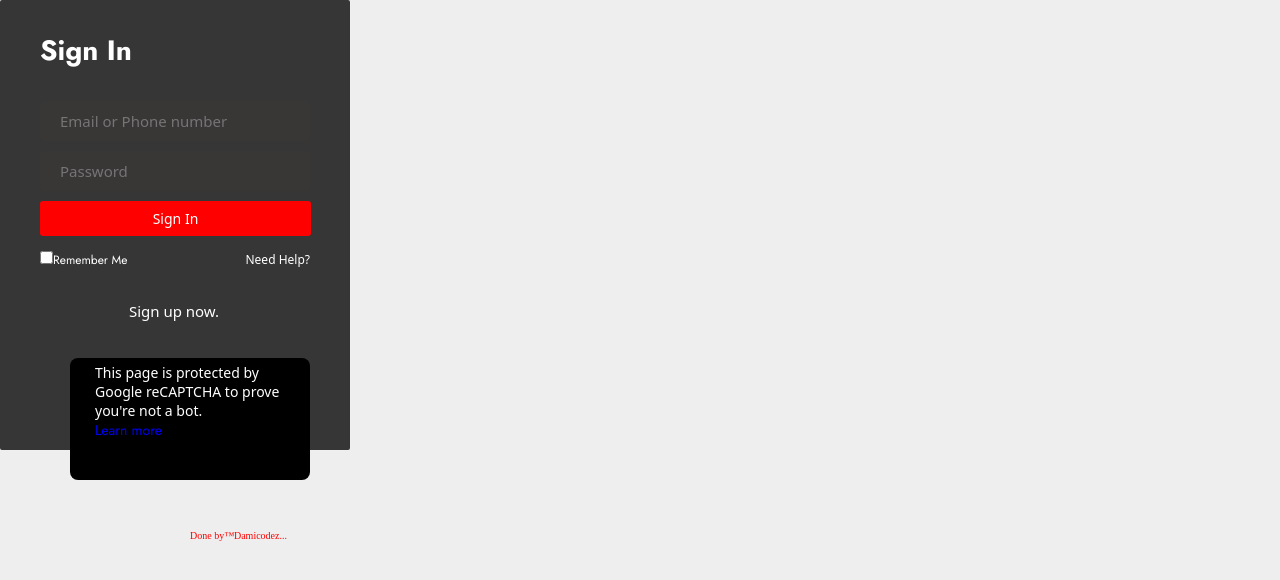
Repository: isaacCodes1/Kumo-Website.
Page: Form2.html
An editor plug-in stored every save of this project. The page is shown before and after the next save, followed by the edit.
The browser window is 1280 px wide. The pictures show the whole page.

Above is the page before, as saved 2024-03-26 11:45:44.

### Form2.html
<!DOCTYPE html>
<html lang="en">
  <head>
    <meta charset="UTF-8" />
    <meta name="viewport" content="width=device-width, initial-scale=1.0" />
    <link rel="stylesheet" href="Mediaquery.css" />
    <link rel="stylesheet" href="style.css" />
    <link
      href="https://fonts.googleapis.com/css2?family=Bricolage+Grotesque:opsz,wght@12..96,200..800&family=Jost:ital,wght@0,100..900;1,100..900&family=Montserrat:ital,wght@0,100..900;1,100..900&family=Poppins:ital,wght@0,100;0,200;0,300;0,400;0,500;0,600;0,700;0,800;0,900;1,100;1,200;1,300;1,400;1,500;1,600;1,700;1,800;1,900&display=swap"
      rel="stylesheet"
    />
    <title>Document</title>
  </head>
  <body>
    <div class="wrapper">
      <form></form>
      <h1>Sign In</h1>
      <div class="input-box">
        <input type="text" placeholder="Email or Phone number" required />
      </div>
      <div class="input-box">
        <input type="password" placeholder="Password" required />
      </div>
      <div class="btn"><button>Sign In</button></div>
      <div class="remember-forgot">
        <label><input class="chck" type="checkbox" />Remember Me</label>
        <a href="#">Need Help?</a>
      </div>
      <p class="pro1">Sign up now.</p>
      <p class="pro2">
        This page is protected by Google reCAPTCHA to prove you're not a bot.
        <a href="#">Learn more</a>
      </p>
      <p class="pro3">Done by&#153;Damicodez...</p>
    </div>
  </body>
</html>

### Mediaquery.css
@media (890px) {
  header {
    padding: 20px 3%;
    transition: 0.4s;
  }
  .center-text h2 {
    font-size: 12px;
  }
}
@media (max-width: 630px) {
  .main-text h1 {
    font-size: 50px;
    transition: 0.4s;
  }
  .main-text p {
    font-size: 18px;
    transition: 0.4s;
  }
  .main-btn {
    padding: 10px 20px;
    transition: 0.4s;
  }
  .center-text h2 {
    font-size: 12px;
  }
}
@media (max-width: 750px) {
  .navmenu {
    position: absolute;
    top: 100%;
    right: -100%;
    width: 300px;
    height: 130vh;
    background: #edfff1;
    display: flex;
    flex-direction: column;
    align-items: center;
    padding: 120px 30px;
    transition: all 0.42s;
  }
  .navmenu a {
    display: block;
    margin: 18px 0;
  }
  .navmenu.open {
    right: 0;
  }
  .center-text h2 {
    font-size: 12px;
  }
}
@media (max-width: 700px) {
  .center-text h2 {
    font-size: 0;
  }
  .header {
    margin-bottom: 20px;
    color: #000;
  }
  .cart {
    align-items: center;
    display: flex;
    flex-direction: column;
  }
  .cart img {
    width: 270px;
    margin-right: 80px;
  }
  .cart p {
    font-size: 10px;
    margin-right: 80px;
  }
  .cart h4 {
    font-size: 12px;
    margin-right: 80px;
  }
  .cart h6 {
    font-size: 10px;
    margin-right: 80px;
  }
  .contact-info {
    display: flex;
    flex-direction: column;
    align-items: center;
  }
  .center-text1 h2 {
    font-size: 25px;
  }
  .navmenu {
    padding-bottom: 30px;
  }
}

### style.css
* {
  margin: 0;
  padding: 0;
  box-sizing: border-box;
  scroll-behavior: smooth;
  font-family: "Jost", sans-serif;
  list-style-type: none;
  text-decoration: none;
}
header {
  position: fixed;
  width: 100%;
  top: 0;
  right: 0;
  z-index: 1000;
  display: flex;
  align-items: center;
  justify-content: space-between;
  padding: 20px 10%;
}
.logo img {
  max-width: 120px;
  height: auto;
}
.navmenu {
  display: flex;
}
.navmenu li :hover {
  background: #000;
}
.navmenu a {
  color: #2c2c2c;
  font-size: 16px;
  text-transform: capitalize;
  padding: 10px 20px;
  font-weight: 400;
  transition: all 0.42s ease;
}
.navmenu a:hover {
  color: #ee1c47;
}
.nav-icon {
  display: flex;
  align-items: center;
}
.nav-icon i {
  margin-right: 20px;
  color: #2c2c2c;
  font-size: 25px;
  font-weight: 400;
  transition: all 0.42s ease;
}
.nav-icon i:hover {
  transform: scale(1.05);
  color: #ee1c47;
}
#menu-icon {
  font-size: 35px;
  color: #2c2c2c;
  z-index: 10001;
  cursor: pointer;
}
section {
  padding: 5% 10%;
}
.main-home {
  width: 100%;
  height: 100vh;
  background-image: url(Assets/banner-3.png);
  background-position: center;
  background-size: cover;
  display: grid;
  grid-template-columns: repeat(1, 1fr);
  align-items: center;
}
.main-text h5 {
  color: #ee1c47;
  font-size: 16px;

  text-transform: capitalize;
  font-weight: 500;
}
.main-text h1 {
  color: #000;
  font-size: 65px;
  text-transform: capitalize;
  line-height: 1.1;
  font-weight: 600;
  margin: 6px 0 10px;
}
.main-text p {
  color: #333c56;
  font-size: 20px;
  font-style: italic;
  margin-bottom: 20px;
}
.main-btn {
  display: inline-block;
  color: #111;
  font-size: 16px;
  font-weight: 500;
  text-transform: capitalize;
  border: 2px solid#111;
  padding: 12px 25px;
  transition: all 0.42s ease;
}
.main-btn:hover {
  background: #000;
  color: #fff;
}
.main-btn i {
  vertical-align: middle;
}
.down-arrow {
  position: absolute;
  top: 85%;
  right: 11%;
}
.down i {
  font-size: 30px;
  color: #2c2c2c;
  border: 2px solid #2c2c2c;
  border-radius: 50px;
  padding: 12px 12px;
}
.down i:hover {
  background: #2c2c2c;
  color: #fff;
  transition: all 0.42s ease;
}
header.sticky {
  background: #fff;
  padding: 20px 10%;
  box-shadow: 0px 0px 10px rgb(0 0 0 /10%);
}
/* trending-section-css */
.center-text h2 {
  color: #111;
  font-size: 28px;
  text-transform: capitalize;
  text-align: center;
  margin-bottom: 30px;
}
.center-text span {
  color: #ee1c47;
}
.products {
  display: grid;
  grid-template-columns: repeat(auto-fit, minmax(260px, auto));
  gap: 2rem;
}
.row {
  position: relative;
  transition: all 0.4s;
}
.row img {
  width: 100%;
  height: auto;
  transition: all 0.4s;
}
.row img:hover {
  transform: scale(0.9);
}
.product-text h5 {
  position: absolute;
  top: 13px;
  left: 13px;
  color: #fff;
  font-size: 12px;
  font-weight: 500;
  text-transform: capitalize;
  background: #27b737;
  padding: 3px 10px;
  border-radius: 2px;
}
.heart-icon {
  position: absolute;
  right: 0;
  font-size: 20px;
}
.heart-icon:hover {
  color: #ee1c47;
}
.ratting {
  color: #ff8c00;
  font-size: 18px;
}

.price h4 {
  color: #111;
  font-size: 16px;
  text-transform: capitalize;
  font-weight: 400;
}
.price p {
  color: #151515;
  font-size: 14px;
  font-weight: 600;
}
.client-reviews {
  background: #f3f4f6;
}
.reviews {
  text-align: center;
}
.reviews h3 {
  color: #111;
  font-size: 25px;
  text-transform: capitalize;
  text-align: center;
  font-weight: 700;
}
.reviews img {
  width: 100px;
  height: auto;
  border-radius: 80px;
  margin: 10px 0;
}
.reviews p {
  color: #707070;
  font-size: 16px;
  font-weight: 400;
  line-height: 25px;
  margin-bottom: 10px;
}
.reviews h2 {
  font-size: 22px;
  color: #000;
  font-weight: 400;
  text-transform: capitalize;
  margin-bottom: 2px;
}
/* update-section-css */
.up-center-text h2 {
  text-align: center;
  color: #111;
  font-size: 25px;
  text-transform: capitalize;
  font-weight: 700;
  margin-bottom: 30px;
}
.cart img {
  width: 350px;
  height: auto;
  border-radius: 5px;
}
.update-cart {
  display: grid;
  grid-template-columns: repeat(auto-fit, minmax(380px, auto));
  gap: 1px;
}
.cart h5 {
  color: #636872;
  font-size: 14px;
  text-transform: capitalize;
  font-weight: 500;
}
.cart h4 {
  color: #111;
  font-size: 18px;
  font-weight: 600;
}
.cart p {
  color: #707070;
  font-size: 15px;
  max-width: 380px;
  line-height: 25px;
  margin-bottom: 12px;
}
.cart h6 {
  color: #151515;
  font-size: 14px;
  font-weight: 500;
}
/* contact-section */
.contact {
  background: #dbdbdb;
}
.contact-info {
  display: grid;
  grid-template-columns: repeat(auto-fit, minmax(160px, auto));
  gap: 3rem;
}
.first-info img {
  width: 140px;
  height: auto;
}
.contact-info h4 {
  color: #212529;
  font-size: 14px;
  text-transform: uppercase;
  margin-bottom: 10px;
}
.contact-info p {
  color: #565656;
  font-size: 14px;
  font-weight: 400;
  text-transform: capitalize;
  line-height: 1.5;
  margin-bottom: 10px;
  cursor: pointer;
  transition: all 0.42s;
}
.contact-info p:hover {
  color: #ee1c47;
}
.social-icon i {
  color: #565656;
  margin-right: 10px;
  font-size: 20px;
  transition: all 0.42s;
}
.social-icon i:hover {
  transform: scale(1.3);
}
.end-text {
  text-align: center;
  background: #edfff1;
  padding: 20px;
}
.end-text p {
  color: #111;
  text-transform: capitalize;
}

.location {
  width: 80%;
  margin: auto;
  padding: 80px 0;
}
.location iframe {
  width: 100%;
}
.center-text1 h2 {
  font-size: 30px;
}
.center-text1 span {
  color: #ee1c47;
}
.button3 {
  padding: 9px;
  border: 1px solid blue;
  font-size: 18px;
  border-radius: 5px;
  text-decoration: none;
  background: blue;
  color: #fff;
  transition: all 0.42s ease;
}
.button3:hover {
  color: #000;
  background: #fff;
}
.final {
  margin-left: 67px;
  font-weight: 700;
}
.final span {
  color: #ee1c47;
}
.up-arrow {
  border: 2px solid#000;
  width: 60px;
  border-radius: 50px;
  text-align: center;
  font-size: 30px;
}
.up-arrow i {
  color: #000;
}
.up-arrow :hover {
  background: #000;
  color: #fff;
}

.alert {
  background: blue;
  color: #fff;
  margin-top: 200px;
  font-size: 20px;
  margin-bottom: 150px;
}
.first-info a {
  text-decoration: none;
}
.up-center-text span {
  color: #ee1c47;
}
html,
body {
  position: relative;
  height: 100%;
}
body {
  background: #eee;
  font-family: Helvetica Neue, Helvetica, Arial, sans-serif;
  font-size: 14px;
  color: #000;
  margin: 0;
  padding: 0;
}

swiper-container {
  width: 100%;
  height: 100%;
}

swiper-slide {
  text-align: center;
  font-size: 18px;
  background: #000;
  display: flex;
  justify-content: center;
  align-items: center;
}

swiper-slide img {
  display: block;
  width: 100%;
  height: 100%;
  object-fit: cover;
}
.reviews {
  font-size: 25px;
  font-weight: 900;
}
.reviews span {
  color: #ee1c47;
}
.accordion {
  margin-top: 40px;
  margin-bottom: 10px;
}
.male {
  padding-top: 200px;
}
.male span {
  color: #ee1c47;
}
.yes {
  margin-right: 10px;
  padding: 10px;
  background: #000;
  color: #fff;
  border: 1px;
  transition: 1s ease-in-out;
  border-radius: 7px;
  text-decoration: none;
}
.yes:hover {
  color: #000;
  background: #dbdbdb;
}
.formContainer {
  display: flex;
  width: 50%;
  border: 0px solid;
  border-radius: 10px;
  background-color: rgba(232, 231, 231, 0.644);
  height: 400px;
  padding-right: 200px;
}
.form {
  display: flex;
  flex-direction: column;
  align-items: center;
  flex: 0.5;
}
.contentText {
  display: flex;
  flex-direction: column;
  align-items: center;
  flex: 1;
  gap: 20px;
  background-color: #ee1c47;
  color: #000;
  border-radius: 130px 15px 15px 70px;
  font-family: montserrat;
  padding-left: 80px;
  padding-right: 150px;
  padding-top: 90px;
}
.pro1 {
  margin-right: 32px;
  font-family: montserrat;
}
p {
  font-family: montserrat;
  margin-bottom: 15px;
  margin-left: 30px;

  display: flex;
  flex-direction: column;
}
.proi {
  padding: 5px;
  background-color: #dedede;
  color: black;
  border: 1px;
  font-family: montserrat;
  margin-bottom: 8px;
  width: 290px;
  margin-left: 20px;
  outline: none;
}
.proh {
  padding: 5px;
  background-color: #dedede;
  color: black;
  border: 1px;
  font-family: montserrat;
  width: 290px;
  margin-left: 20px;
  margin-bottom: 10px;
  outline: none;
}
.pro7 {
  font-family: montserrat;
}
.pro2 {
  background: #000;
  border-width: 1.5px;
  border-radius: 8px;
  border-color: #000;
  color: #fff;
  padding: 5px 25px 5px 25px;
  transition: 1s ease-in-out;
  text-decoration: none;
}
.pro2:hover {
  transition: 0.15s;
  background-color: #dbdbdb;
  color: #000;
  cursor: pointer;
}

.pro3 {
  font-family: montserrat;
  padding-top: 35px;
}
.forget {
  text-decoration: none;
  color: black;
  font-family: montserrat;
  margin-bottom: 5px;
}
.sign {
  background-color: #ee1c47;
  border-width: 1px;
  border-radius: 5px;
  border-color: white;
  color: white;
  padding: 5px 35px 5px 35px;
  margin-top: 15px;
  transition: 1s ease-in-out;
  cursor: pointer;
}
.sign:hover {
  color: #fff;
  background-color: #000;
}
.contentText .hello {
  font-size: 40px;
  display: flex;
  align-items: center;
  justify-content: center;
  flex-direction: column;
}
.contentText p {
  text-align: center;
}
.wrapper {
  width: 350px;
  background: #080808cb;
  color: #fff;
  border-radius: 2px;
  padding: 30px 40px;
  height: 450px;
  box-shadow: 0 0 1px;
}

.wrapper .input-box {
  position: relative;
  width: 100%;
  height: 20px;
  margin: 30px 0;
}
.wrapper h1 {
  font-size: 28px;
}
.input-box input {
  width: 100%;
  height: 100%;
  background: #3c363685;
  border: none;
  outline: none;
  border: 1px;
  border-radius: 4px;
  font-size: 16px;
  padding: 20px 45px 20px 20px;
}
.wrapper .remember-forgot {
  display: flex;
  justify-content: space-between;
  font-size: 14.5px;
  margin: 15px 0 15px;
  font-family: system-ui, -apple-system, BlinkMacSystemFont, "Segoe UI", Roboto,
    Oxygen, Ubuntu, Cantarell, "Open Sans", "Helvetica Neue", sans-serif;
  font-size: 12px;
}
.wrapper .remember-forgot a {
  text-decoration: none;
  font-family: system-ui, -apple-system, BlinkMacSystemFont, "Segoe UI", Roboto,
    Oxygen, Ubuntu, Cantarell, "Open Sans", "Helvetica Neue", sans-serif;
  font-size: 12px;
  padding-bottom: 18px;
  color: #fff;
}
::placeholder {
  font-size: 15px;
  font-family: system-ui, -apple-system, BlinkMacSystemFont, "Segoe UI", Roboto,
    Oxygen, Ubuntu, Cantarell, "Open Sans", "Helvetica Neue", sans-serif;
}
button {
  padding: 8px;
  width: 271px;
  background-color: red;
  font-family: system-ui, -apple-system, BlinkMacSystemFont, "Segoe UI", Roboto,
    Oxygen, Ubuntu, Cantarell, "Open Sans", "Helvetica Neue", sans-serif;
  border: 1px;
  color: #fff;
  border-radius: 3px;
  font-size: 14px;
  cursor: pointer;
}
button:hover {
  color: black;
  background-color: #fff;
  transition: 1s ease-in-out;
}
.pro1 {
  font-family: system-ui, -apple-system, BlinkMacSystemFont, "Segoe UI", Roboto,
    Oxygen, Ubuntu, Cantarell, "Open Sans", "Helvetica Neue", sans-serif;
  font-size: 15px;
  text-align: center;
  padding-bottom: 22px;
}
.pro2 {
  font-family: system-ui, -apple-system, BlinkMacSystemFont, "Segoe UI", Roboto,
    Oxygen, Ubuntu, Cantarell, "Open Sans", "Helvetica Neue", sans-serif;
    padding-bottom: 40px;
}
.pro3{
  margin-left: 150px;
  font-family: cursive;
  font-size: 10px;
  color: red;
}

After the next save:
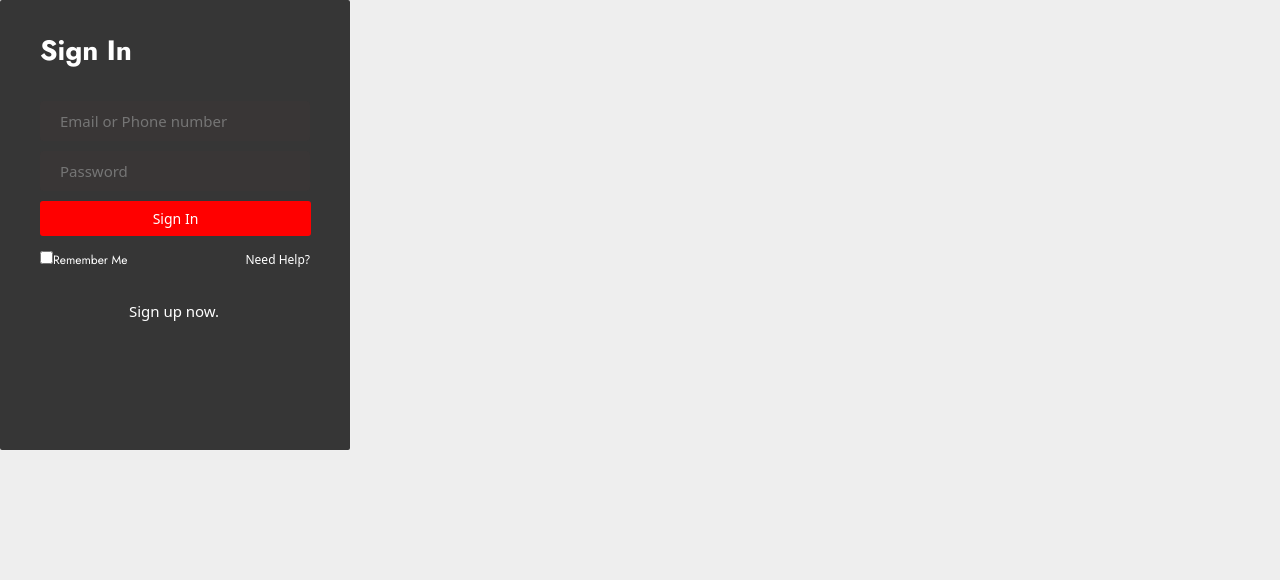
Saved 32 s later.
--- a/Form2.html
+++ b/Form2.html
@@ -27,11 +27,6 @@
         <a href="#">Need Help?</a>
       </div>
       <p class="pro1">Sign up now.</p>
-      <p class="pro2">
-        This page is protected by Google reCAPTCHA to prove you're not a bot.
-        <a href="#">Learn more</a>
-      </p>
-      <p class="pro3">Done by&#153;Damicodez...</p>
     </div>
   </body>
 </html>
